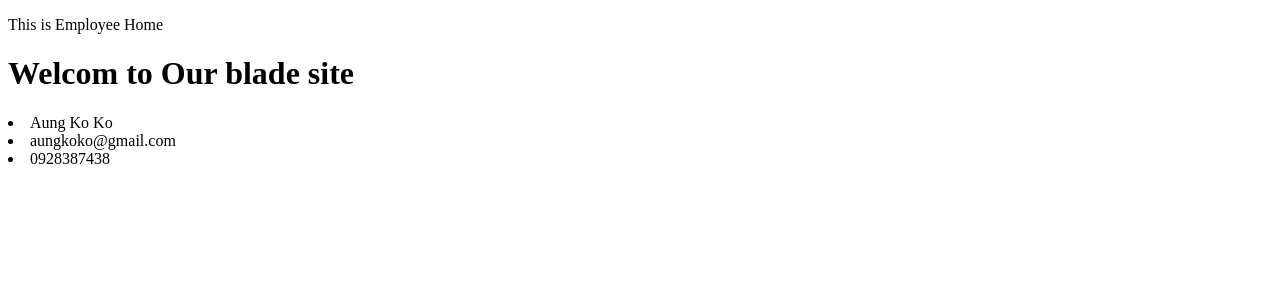
Repository: hsumyatm7308/Laravelb1
Page: http://localhost/employees
An editor plug-in stored every save of this project. The page is shown before and after a run of saves, followed by the edit.
The browser window is 1280 px wide. The pictures show the whole page.
The page is served by the project's Laravel application, run on PHP 8.4 with Laravel 10. Other server files are loaded and not shown.

Above is the page before, as saved 2023-07-24 19:15:38.

### exerciseone/routes/web.php
<?php

use Illuminate\Support\Facades\Route;
use App\Http\Controllers\employeesController;
use App\Http\Controllers\staffsController;
use App\Http\Controllers\studentsController;

/*
|--------------------------------------------------------------------------
| Web Routes
|--------------------------------------------------------------------------
|
| Here is where you can register web routes for your application. These
| routes are loaded by the RouteServiceProvider and all of them will
| be assigned to the "web" middleware group. Make something great!
|
*/

Route::get('/', function () {
    return view('welcome');
});


Route::get('/', function () {
    return "Save Myanmar";
});


Route::get('/sayar', function () {
    return 'Hey,Sayar Nay Kaung Lr??';
});



Route::get('/sayar/index', function () {
    return 'Hey,Sayar Nay Kaung Lr??';
});


// Route::get('redirect',function(){
//      return redirect("sayar");
// });


Route::redirect('redirect', 'sayar/index');


Route::get('/about/company', function () {
    return view('aboutcompany');
});

// Or

Route::view('about/company', 'aboutcompany');




// Route::get("/",function(){
//    return view("aboutme");
// });



Route::get('about/company/{staff}', function ($staff) {
    return view('aboutcompanystaff', ['sf' => $staff]);
});

Route::get('about/company/{staff}/{city}', function ($staff, $city) {
    return view('aboutcompanystaffbycity', ['sf' => $staff, 'ct' => $city]);
});




Route::get('profile', function () {
    return view('profileme');
})->name('myprofiles');



Route::get('about/company/aungaung/mauabin', function ($staff, $city) {
    return view('aboutcompanystaffbycity', ['sf' => $staff, 'ct' => $city]);
})->name('companystaff');


// -----------------------------------------

// Controller

// Route::get('students',[App\Http\Controllers\studentsController::class,'index'])->name('studentidx');
// Route::get('students/show',[App\Http\Controllers\studentsController::class,'show'])->name('stdshow');
// Route::get('students/edit',[App\Http\Controllers\studentsController::class,'edit'])->name('editpage');

Route::group(['prefix' => 'students'], function () {
    Route::get('index', [App\Http\Controllers\studentsController::class, 'index'])->name('studentidx');
    Route::get('show', [App\Http\Controllers\studentsController::class, 'show'])->name('stdshow');
    Route::get('edit', [App\Http\Controllers\studentsController::class, 'edit'])->name('editpage');
});


// Route::prefix('students')->group(function(){
//     Route::get('index', [App\Http\Controllers\studentsController::class, 'index'])->name('studentidx');
//     Route::get('show', [App\Http\Controllers\studentsController::class, 'show'])->name('stdshow');
//     Route::get('edit', [App\Http\Controllers\studentsController::class, 'edit'])->name('editpage');
// });




Route::get('staffs/home', [staffsController::class, 'homemethod'])->name('home');

Route::get('staffsparty', [staffsController::class, 'party'])->name('party');
Route::get('staffsparty/total', [staffsController::class, 'total'])->name('total');
Route::get('staffsparty/comfirm', [staffsController::class, 'totalcomfirm'])->name('comfirm');

Route::get('employees', [employeesController::class, 'index'])->name('employeesdata');
// Route::get('employees/show', [staffsController::class, '']);

### exerciseone/app/Http/Controllers/employeesController.php
<?php

namespace App\Http\Controllers;

use Illuminate\Http\Request;

class employeesController extends Controller
{
    public function index(){
        $data['employeesdata'] = [
            'name'=> 'Aung Ko Ko',
            'email'=>'aungkoko@gmail.com',
            'phone'=>'0928387438'
        ];

        // dd(
        //     $data
        // );

        return view('employees/index',$data);

    }
}

### exerciseone/resources/views/employees/index.blade.php
<!DOCTYPE html>
<html>
  <head>
    <title>Employee Page </title>
    <p> This is Employee Home  </p>

</head>
<body>

  <h1>Welcom to Our blade site </h1>

  @foreach($employeesdata as $empdata)

  <li> {!!$empdata!!} </li>

  @endforeach


</body>
</html>

Loaded but not shown: exerciseone/app/Providers/AppServiceProvider.php (common file); exerciseone/app/Http/Controllers/Controller.php (common file)

After the next 2 saves:
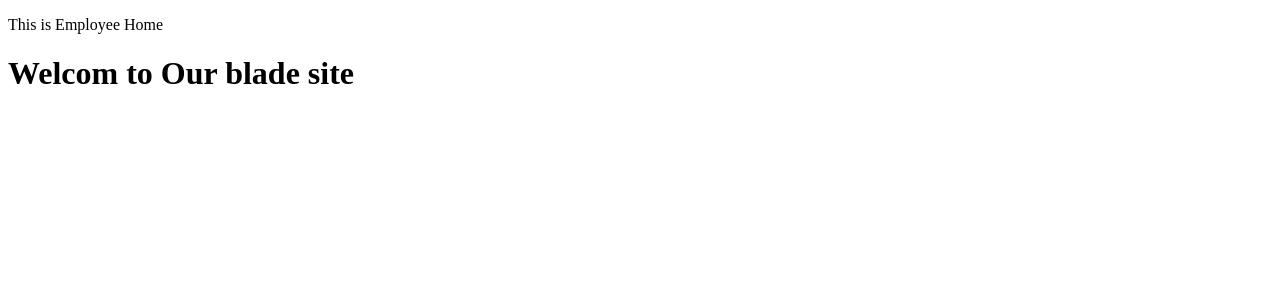
The 2 saves are shown as one change because they came seconds apart.
The last was saved 16 min 46 s later.
--- a/exerciseone/resources/views/employees/index.blade.php
+++ b/exerciseone/resources/views/employees/index.blade.php
@@ -9,11 +9,13 @@
 
   <h1>Welcom to Our blade site </h1>
 
+
+<!--
   @foreach($employeesdata as $empdata)
 
   <li> {!!$empdata!!} </li>
 
-  @endforeach
+  @endforeach  -->
 
 
 </body>
